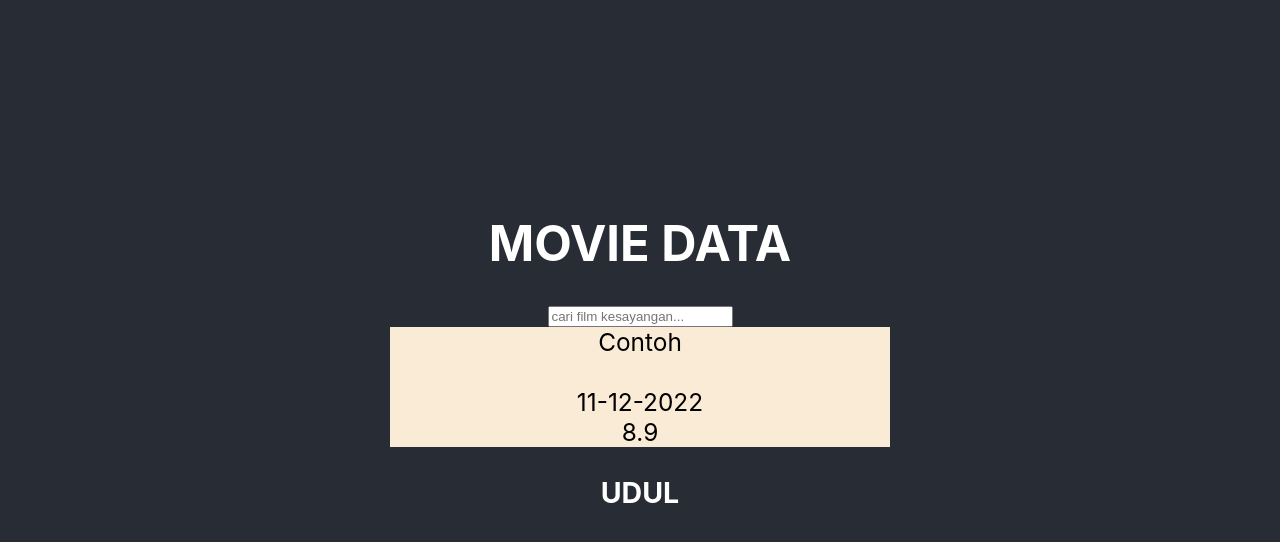
Repository: stevenxylver/movieapi
Page: /
These files come from the project's save history. The page is drawn as it stood at one moment and after the next save; the edit follows.
The browser window is 1280 px wide. The pictures show the whole page.
The project was rebuilt for these pictures with package versions that can differ from the ones it lists, and the page was loaded fresh each time.

Above is the page before, as saved 2023-01-03 11:53:14.

After the next save:
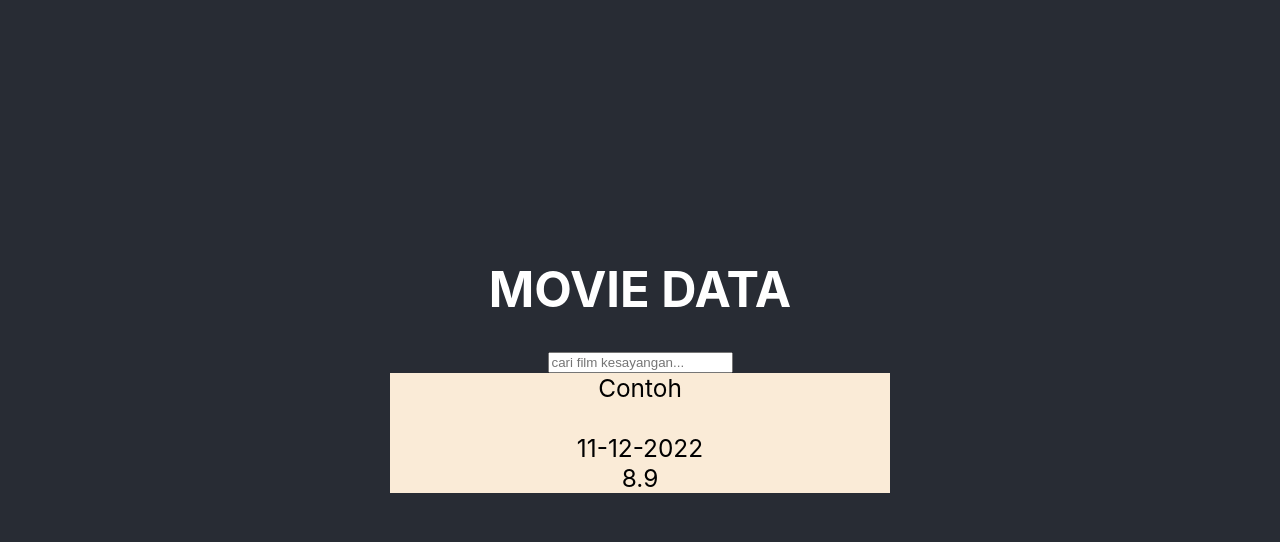
Saved 22 s later.
--- a/src/App.js
+++ b/src/App.js
@@ -14,7 +14,6 @@ function App() {
           <div className="Movie-rate">8.9</div>
           </div>
       </div>
-        <h3>UDUL</h3>
       </header>
     </div>
   );
